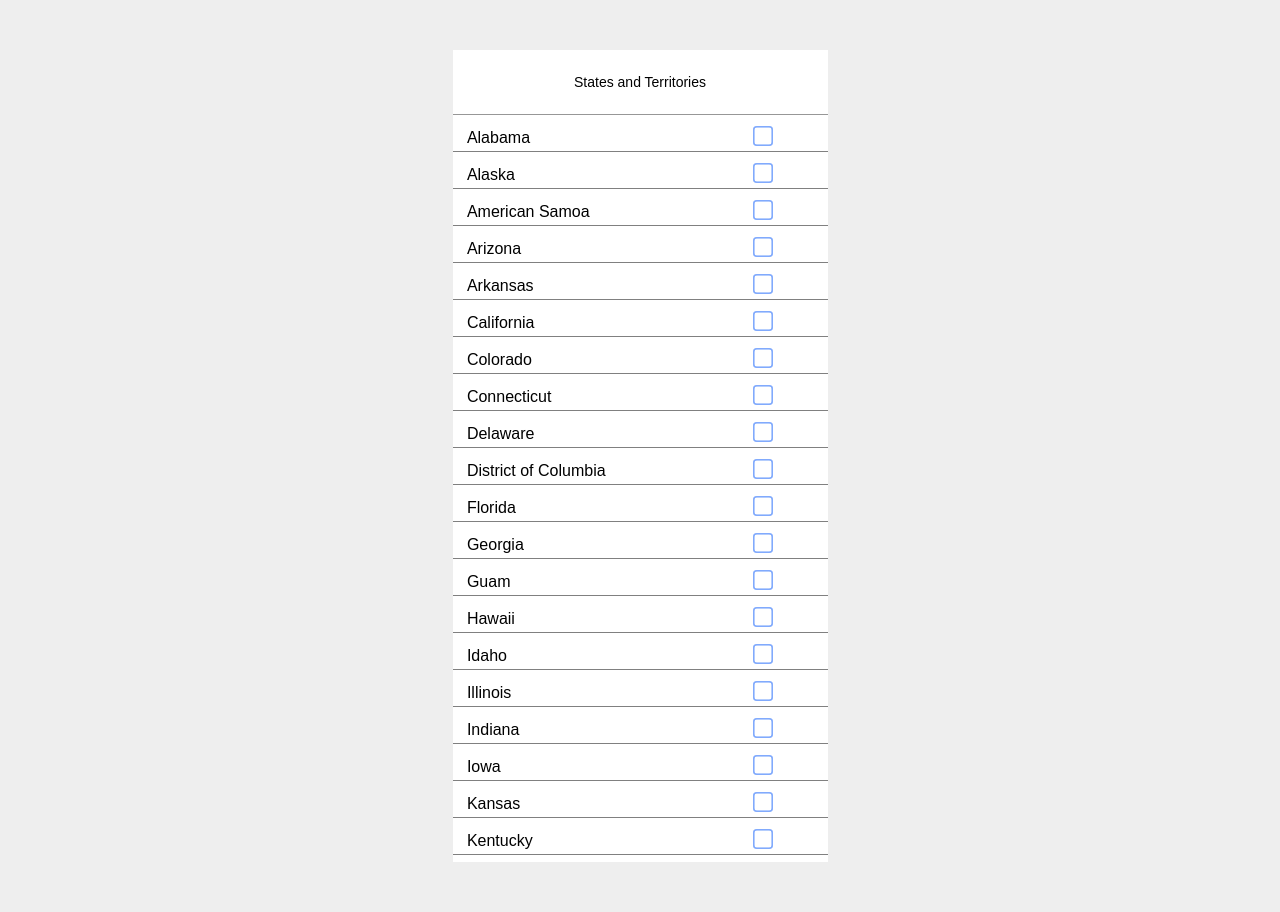
Repository: zitac234/codingTest
Page: /
These files come from the project's save history. The page is drawn as it stood at one moment and after the next save; the edit follows.
The browser window is 1280 px wide. The pictures show the whole page.
The project was rebuilt for these pictures with package versions that can differ from the ones it lists, and the page was loaded fresh each time.

Above is the page before, as saved 2021-03-31 15:27:55.

### src/index.css
body {
  margin: 0;
  font-family: 'Arial', sans-serif;
  -webkit-font-smoothing: antialiased;
  -moz-osx-font-smoothing: grayscale;
  background-color: #eee;
}

### src/Header.js
import "./Header.css";

export function Header() {
  return (
    <header className="header">
      <span className="title">States and Territories</span>
    </header>
  );
}

### src/List.js
import { Fragment } from "react";
import { Checkbox } from "./Checkbox";
import "./List.css";
export function List(props) {
  return (
    <div className="list">
      {props.items.map((item) => (
        <Fragment key={item}>
          <div className='line'>
            <div className='state'>{item}</div><div className='checkbox'><Checkbox/></div><br />
          {/* You also have <Checkbox selected={false} /> */}
          </div>
          </Fragment>
      ))}
    </div>
  );
}

### src/_data.js
export const data = [
  "Alabama",
  "Alaska",
  "American Samoa",
  "Arizona",
  "Arkansas",
  "California",
  "Colorado",
  "Connecticut",
  "Delaware",
  "District of Columbia",
  "Florida",
  "Georgia",
  "Guam",
  "Hawaii",
  "Idaho",
  "Illinois",
  "Indiana",
  "Iowa",
  "Kansas",
  "Kentucky",
  "Louisiana",
  "Maine",
  "Maryland",
  "Massachusetts",
  "Michigan",
  "Minnesota",
  "Mississippi",
  "Missouri",
  "Montana",
  "Nebraska",
  "Nevada",
  "New Hampshire",
  "New Jersey",
  "New Mexico",
  "New York",
  "North Carolina",
  "North Dakota",
  "Northern Mariana Islands",
  "Ohio",
  "Oklahoma",
  "Oregon",
  "Pennsylvania",
  "Puerto Rico",
  "Rhode Island",
  "South Carolina",
  "South Dakota",
  "Tennessee",
  "Texas",
  "Utah",
  "Vermont",
  "Virgin Islands",
  "Virginia",
  "Washington",
  "West Virginia",
  "Wisconsin",
  "Wyoming"
]

### src/Header.css
.header {
  width: 100%;
  font-size: 14px;
  display: flex;
  border-bottom: 1px solid #979797;
}

.title {
  line-height: 24px;
  margin: 20px auto;
}

### src/Checkbox.js
import selected from "./Checkbox-Filled.svg";
import unselected from "./Checkbox-Empty.svg";

export function Checkbox(props) {
  return (
    <img
      width={20}
      height={20}
      src={props.selected ? selected : unselected}
      alt={`Checkbox ${selected ? "selected" : "unselected"}`}
    />
  );
}

### src/List.css
.list {
  flex: 1;
  overflow: auto;
}
.line{
  height: 3vh;
  margin-top: 2vh;
  border-bottom: 1px solid gray;
}
.checkbox{
  margin-left: 80%;
  margin-top: -3vh;
}
.state{
  margin-left: 2vh;
}

Loaded but not shown: public/index.html (common file); src/index.js (common file); src/App.js (common file); src/App.css (common file)

After the next save:
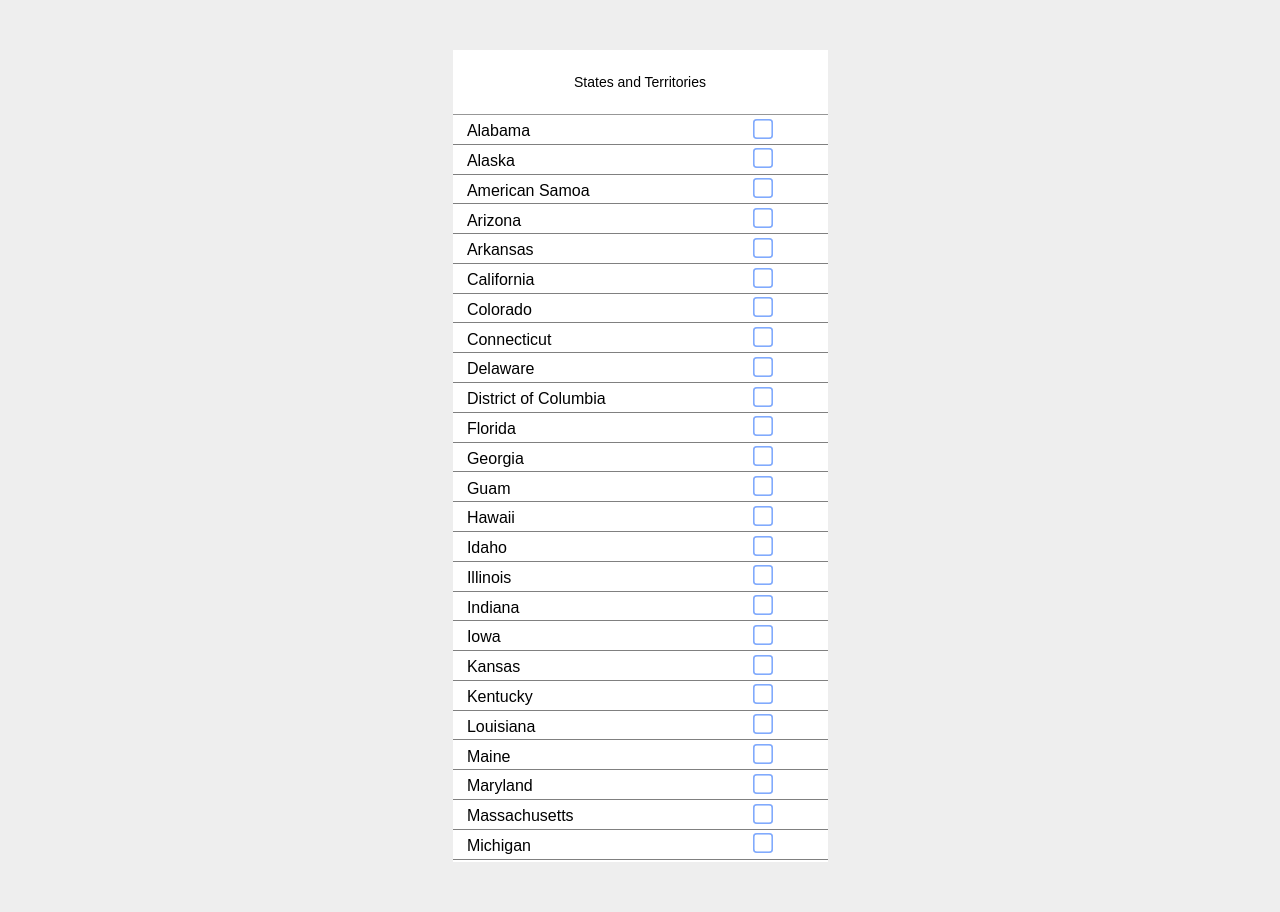
Saved 110 s later.
--- a/src/List.css
+++ b/src/List.css
@@ -4,7 +4,7 @@
 }
 .line{
   height: 3vh;
-  margin-top: 2vh;
+  margin-top: 1vh;
   border-bottom: 1px solid gray;
 }
 .checkbox{
